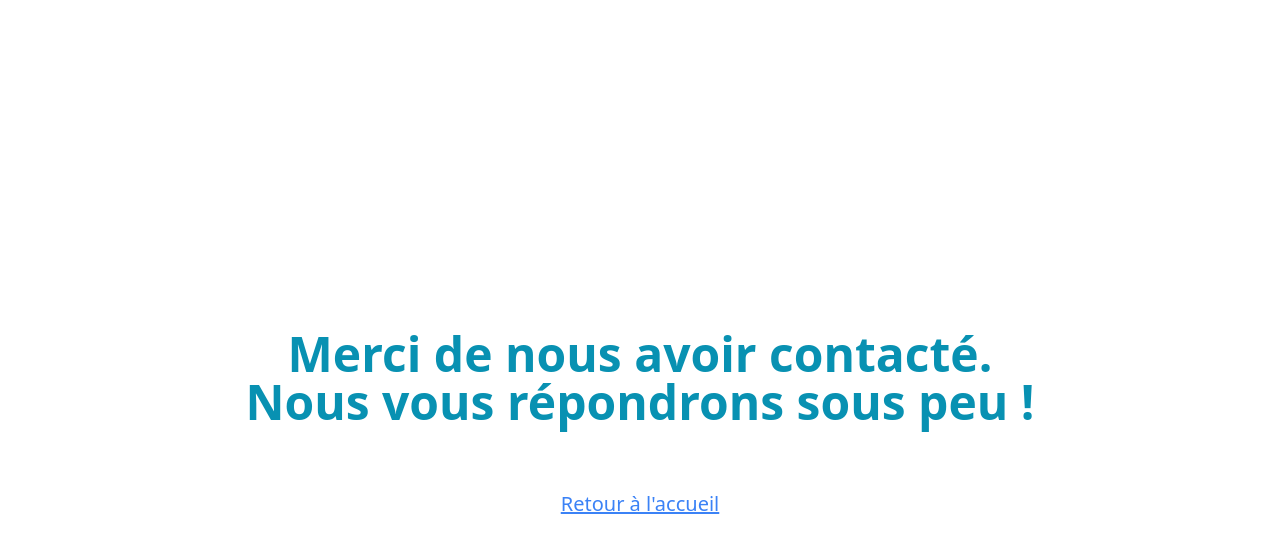
Repository: CarmenFerlatte/TP3__FerlatteCarmen
Page: confirmation.html
The author's editor kept a copy of each file at every save. The page is drawn from the files as they stood at one save, then again after a run of saves.
The browser window is 1280 px wide. The pictures show the whole page.
Some web libraries are served in a nearby version. The style sheet was rebuilt from its Sass, Less or Tailwind sources for each picture, by a compiler version that may differ from the author's.

Above is the page before, as saved 2024-08-29 12:38:51.

### confirmation.html
<!DOCTYPE html>
<html lang="en">
<head>
    <meta charset="UTF-8">
    <meta name="viewport" content="width=device-width, initial-scale=1.0">
    <title>Confirmation</title>
    <script src="https://cdn.tailwindcss.com"></script>
    <link href="https://cdn.jsdelivr.net/npm/tailwindcss@2.2.19/dist/tailwind.min.css" rel="stylesheet">
    <link rel="stylesheet" href="https://cdnjs.cloudflare.com/ajax/libs/font-awesome/6.4.0/css/all.min.css">
    <link rel="stylesheet" href="style/css/style.css">
    <link rel="manifest" href="manifest.json">
    <link rel="icon" href="favicon.ico" type="image/x-icon">
    <meta name="description" content="Carmen Ferlatte, web designer et étudiante en développement web front-end. Présentation de mon portefolio et services de Webmestre.">
    <meta name="apple-mobile-web-app-capable" content="yes" >
    <meta name="apple-mobile-web-app-status-bar-style" content="black" >
    <meta name="apple-mobile-web-app-title" content="Portefolio" >
    <meta name="theme-color" content="black">
    <link rel="apple-touch-icon" href="img/icons/icon-192x192.png">
    <script src="https://code.jquery.com/jquery-3.6.0.min.js"></script>
</head>
<body>
    <main>
        <section class="flex max-w-screen-2x h-screen items-center justify-center">
            <div class="container">
                <div class="col-12 text-center">
                    <h1 class="text-center text-3xl lg:text-4xl xl:text-5xl font-bold pt-32 pb-4 md:pb-16 text-cyan-600">Merci de nous avoir contacté.<br> Nous vous répondrons sous peu !</h1>
                    <a class="cursor-pointer text-xl text-blue-500 underline hover:no-underline hover:text-cyan-600" href="index.html" title="Retour à la page d'accueil">Retour à l'accueil</a>
                </div>
            </div>
    </main>
</body>
</html>

### style/sass/style.scss
@use "navbar" as *;
@use "caroussel" as *;
@use "animate" as *;
@use "option" as *;
@use "calendrier" as *;

### style/sass/_navbar.scss
@keyframes neon-pulse {
    0%, 100% {
        text-shadow: 0 0 5px #fff, 0 0 10px #fff, 0 0 15px #fff, 0 0 20px #0891b2, 0 0 35px #0891b2, 0 0 40px #0891b2, 0 0 50px #0891b2, 0 0 75px #0891b2;
    }
    50% {
        text-shadow: 0 0 2px #fff, 0 0 5px #fff, 0 0 7px #fff, 0 0 10px #0891b2, 0 0 17px #0891b2, 0 0 20px #0891b2, 0 0 25px #0891b2, 0 0 37px #0891b2;
    }
}

.neon-text {
    animation: neon-pulse 1.5s infinite alternate;
}

.bg-animated {
    background: linear-gradient(-45deg, #000000, #1a1a1a, #000033, #003366);
    background-size: 400% 400%;
    animation: gradient 15s ease infinite;
}

@keyframes gradient {
    0% { background-position: 0% 50%; }
    50% { background-position: 100% 50%; }
    100% { background-position: 0% 50%; }
}

.cyber-grid {
    background-image:
        linear-gradient(rgba(0, 255, 255, 0.1) 1px, transparent 1px),
        linear-gradient(90deg, rgba(0, 255, 255, 0.1) 1px, transparent 1px);
    background-size: 20px 20px;
    animation: cyber-grid-move 20s linear infinite;
}

@keyframes cyber-grid-move {
    0% { background-position: 0 0; }
    100% { background-position: 20px 20px; }
}



.nav-link {
    position: relative;
    overflow: hidden;

        &::before {
            content: '';
            position: absolute;
            bottom: 0;
            left: 0;
            width: 100%;
            height: 2px;
            background-color: #0891b2;
            transform: translateX(-100%);
            transition: transform 0.3s ease;
        }

       &:hover::before {
            transform: translateX(0);
        }

        &::after {
            content: attr(data-text);
            position: absolute;
            top: 0;
            left: 0;
            width: 100%;
            height: 100%;
            display: flex;
            align-items: center;
            justify-content: center;
            transform: translateY(100%);
            background: linear-gradient(to bottom, #0891b2, rgb(103, 232, 249));
            -webkit-background-clip: text;
            background-clip: text;
            -webkit-text-fill-color: transparent;
            transition: transform 0.3s ease;
        }

        &:hover::after {
            transform: translateY(0);
        }
}


.glitch-effect {
    position: relative;

    &::before,
    &::after {
        content: attr(data-text);
        position: absolute;
        top: 0;
        left: 0;
        width: 100%;
        height: 100%;
        opacity: 0.8;
    }

    &::before {
        left: 2px;
        text-shadow: -2px 0 rgb(236, 72, 153);
        clip: rect(24px, 550px, 90px, 0);
        animation: glitch-anim 3s infinite linear alternate-reverse;
    }

    &::after {
        left: -2px;
        text-shadow: -2px 0 #0891b2;
        clip: rect(85px, 550px, 140px, 0);
        animation: glitch-anim 2s infinite linear alternate-reverse;
    }

}



@keyframes glitch-anim {
    0% { clip: rect(39px, 9999px, 71px, 0); }
    20% { clip: rect(3px, 9999px, 5px, 0); }
    40% { clip: rect(6px, 9999px, 38px, 0); }
    60% { clip: rect(13px, 9999px, 43px, 0); }
    80% { clip: rect(44px, 9999px, 93px, 0); }
    100% { clip: rect(54px, 9999px, 47px, 0); }
}

#menu-toggle {
    &:checked {
        ~ .menu {
            display: block;
        }

        ~ .menu-icon {
            .hamburger {
                transform: rotate(45deg);

                &::before {
                    transform: translateY(8px) rotate(90deg);
                }

                &::after {
                    transform: translateY(-8px) rotate(90deg);
                }
            }
        }
    }
}

.hamburger,
.hamburger::before,
.hamburger::after {
    content: '';
    display: block;
    background: #0891b2;
    height: 3px;
    width: 30px;
    transition: transform 0.5s cubic-bezier(0.23, 1, 0.32, 1);
}

.hamburger {
    &::before {
        transform: translateY(-8px);
    }

    &::after {
        transform: translateY(8px);
    }
}

@media (max-width: 768px) {
    .menu {
        position: fixed;
        top: 60px;
        left: 0;
        right: 0;
        width: 100%;
        height: 0;
        background: rgba(0, 0, 0, 0.9);
        overflow: hidden;
        transition: height 0.5s cubic-bezier(0.23, 1, 0.32, 1);
        text-align: right;
        padding-right: 20px;
        padding-top: 20px;

        a {
            display: block;
            font-size: 1.2rem;
            padding: 10px 0;
            text-decoration: underline 2px #0891b2;

            &:hover {
                color: #0891b2;
                text-decoration: none;
                cursor: pointer;
            }
        }
    }

    #menu-toggle:checked ~ .menu {
        height: calc(100vh - 60px);
    }
}

@media (max-width: 640px) {
    .no-glitch {
        animation: none !important;
    }
}

/*-------------Invisible Navbar-------------*/

.navbar-hidden {
    transform: translateY(-100%);
    transition: transform 0.3s ease-in-out;
}

### style/sass/_caroussel.scss
.carousel-control {
    position: absolute;
    top: 0;
    z-index: 30;
    display: flex;
    align-items: center;
    justify-content: center;
    height: 100%;
    padding: 0 1rem;
    cursor: pointer;
    outline: none;

    &-prev {
    left: 0;
    }

    &-next {
    right: 0;
    }

    span {
    display: inline-flex;
    align-items: center;
    justify-content: center;
    width: 2.5rem;
    height: 2.5rem;
    border-radius: 50%;
    background-color: rgba(0, 0, 0, 0.3);
    transition: background-color 0.3s;

        &:hover {
        background-color: rgba(0, 0, 0, 0.5);
        }

        svg {
        width: 1rem;
        height: 1rem;
        color: white;
        }

        .sr-only {
        position: absolute;
        width: 1px;
        height: 1px;
        padding: 0;
        margin: -1px;
        overflow: hidden;
        clip: rect(0, 0, 0, 0);
        border: 0;
        }

    }
}

### style/sass/_animate.scss
@keyframes slide-in-right {
  0% {
    transform: translateX(100%);
    opacity: 0;
  }
  100% {
    transform: translateX(0);
    opacity: 1;
  }
}

.animate-slide-in-right {
  animation: slide-in-right 0.5s ease-out forwards;
}

### style/sass/_option.scss
/*---------- Menu sélectionné ----------*/

.custom-select option:hover {
    background-color: #0891b2;
}

### style/sass/_calendrier.scss

.calendar-iframe {
  border: 0;
  width: 100%;
  height: 650px;

}

After the next 2 saves:
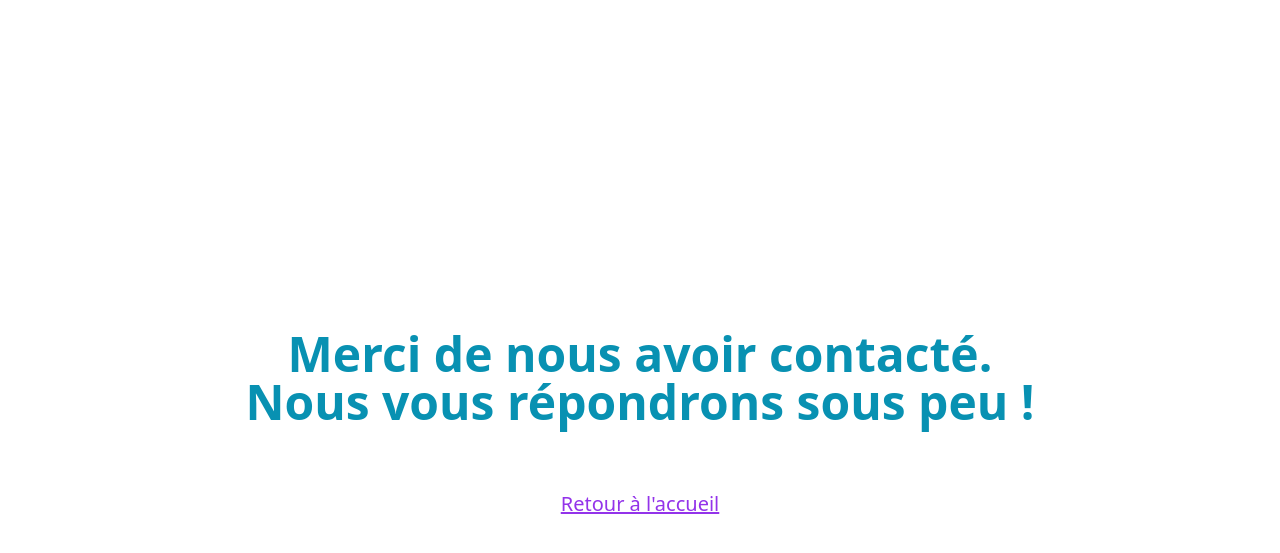
The 2 saves are shown as one change because they came seconds apart.
The last was saved 10 s later.
--- a/confirmation.html
+++ b/confirmation.html
@@ -24,7 +24,7 @@
             <div class="container">
                 <div class="col-12 text-center">
                     <h1 class="text-center text-3xl lg:text-4xl xl:text-5xl font-bold pt-32 pb-4 md:pb-16 text-cyan-600">Merci de nous avoir contacté.<br> Nous vous répondrons sous peu !</h1>
-                    <a class="cursor-pointer text-xl text-blue-500 underline hover:no-underline hover:text-cyan-600" href="index.html" title="Retour à la page d'accueil">Retour à l'accueil</a>
+                    <a class="cursor-pointer text-xl text-purple-600 underline hover:no-underline hover:text-cyan-600" href="index.html" title="Retour à la page d'accueil">Retour à l'accueil</a>
                 </div>
             </div>
     </main>
